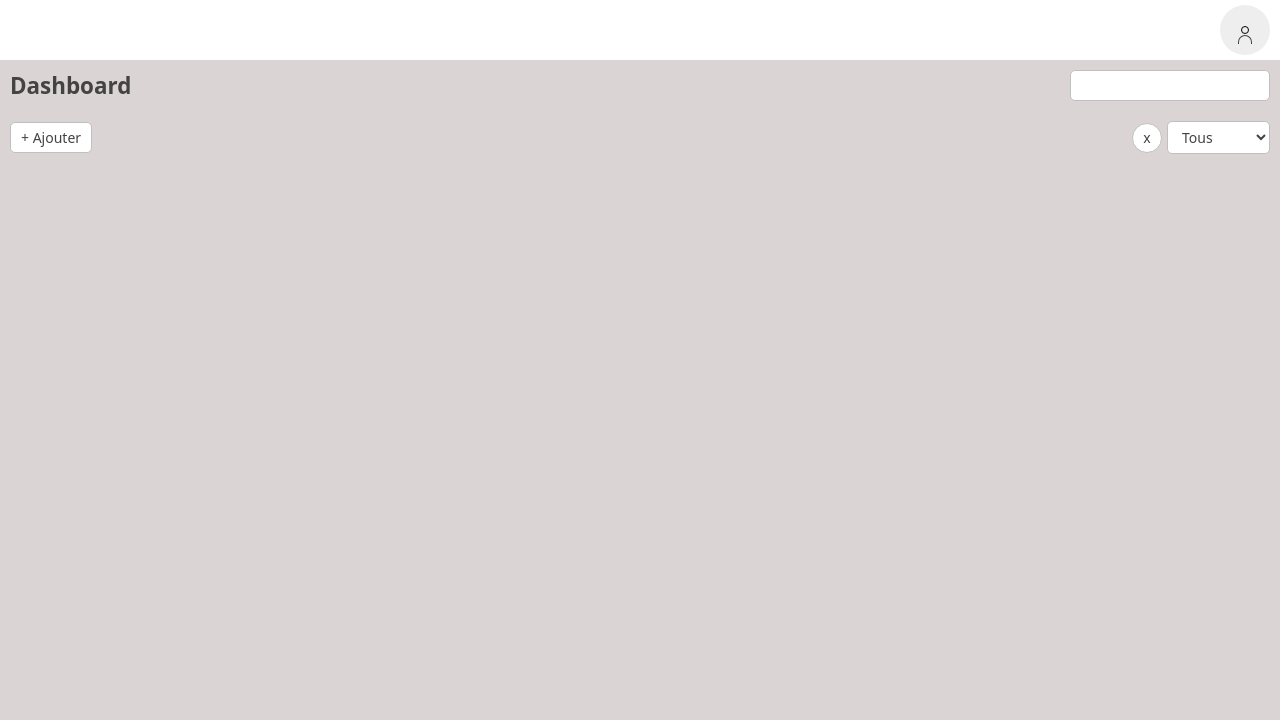
Repository: zpaulange/task_manager
Page: dashboard/index.html
These files come from the project's save history. The page is drawn as it stood at one moment and after a run of saves; the edit follows.
The browser window is 1280 px wide. The pictures show the whole page.

Above is the page before, as saved 2025-03-06 17:48:56.
Console error: ReferenceError: submitTa is not defined

After the next 2 saves:
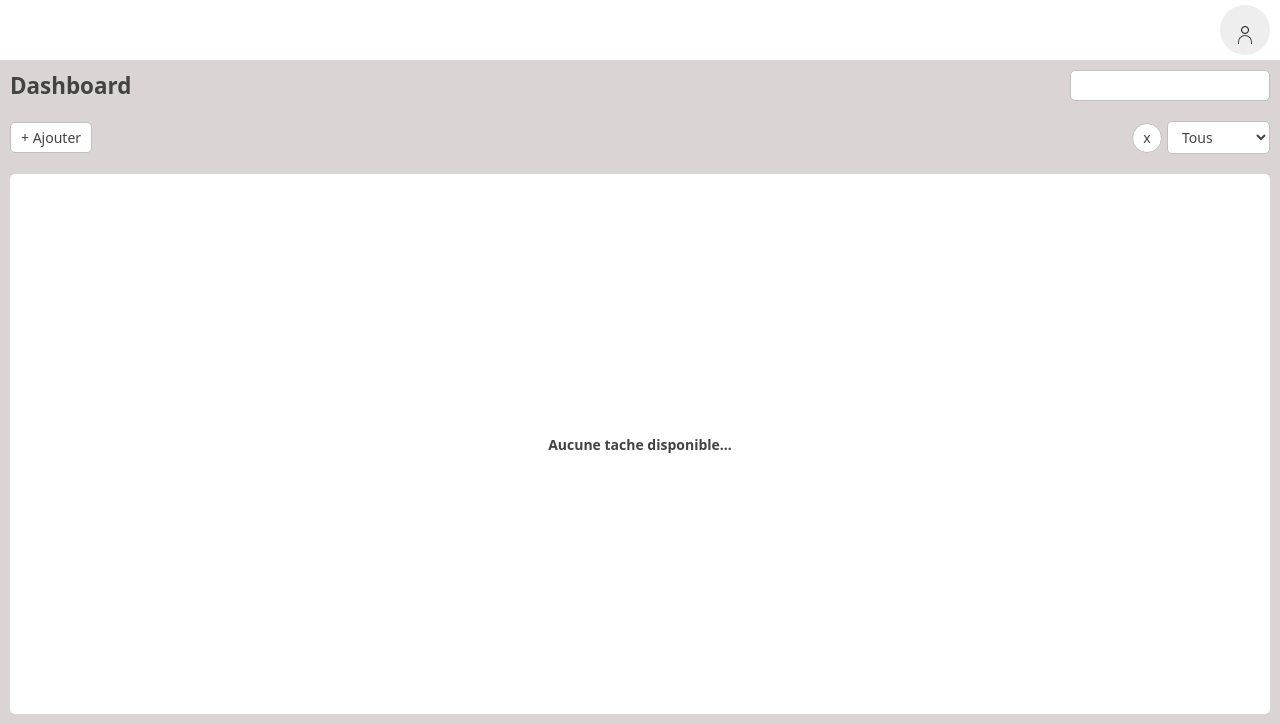
The error is gone.
The 2 saves are shown as one change because they came seconds apart.
The last was saved 8 s later.
--- a/assets/js/script.js
+++ b/assets/js/script.js
@@ -37,7 +37,7 @@ const TASK = {
       `
     }
   },
-  submitTa
+  addTask:()=>{}
 }
 
 TASK.initTask()
